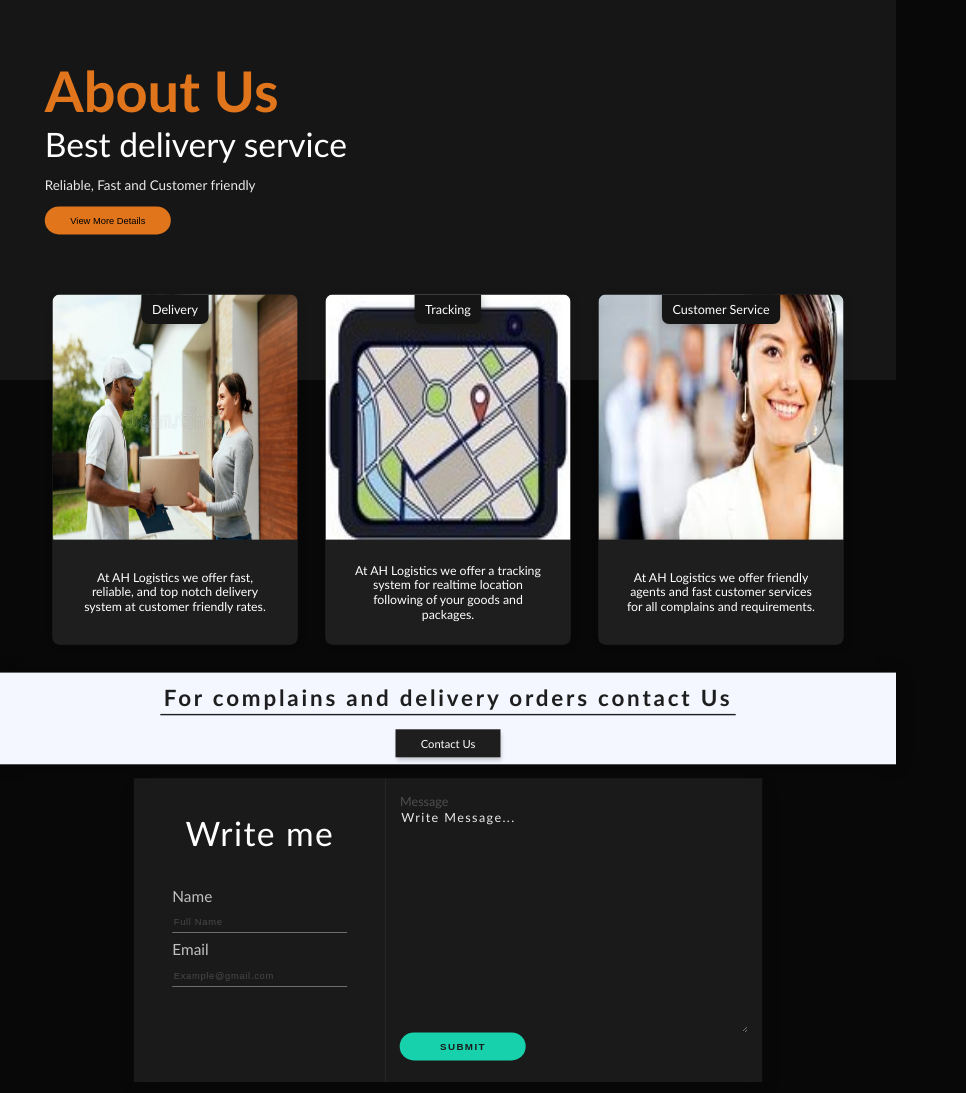
Repository: TheSecretlifeOfX/Ah-Logistics
Page: index.html
These files come from the project's save history. The page is drawn as it stood at one moment and after the next save; the edit follows.
The browser window is 1280 px wide. The page is 1380 px wide, so the pictures cover 1380 px, including what lies to the right of the window. The pictures show the part of the page from y = 957 to 2717 px (the page is 2519 px tall before and 2717 px after), at 70% of full size.

Above is the page before, as saved 2022-03-02 13:31:51.

After the next save:
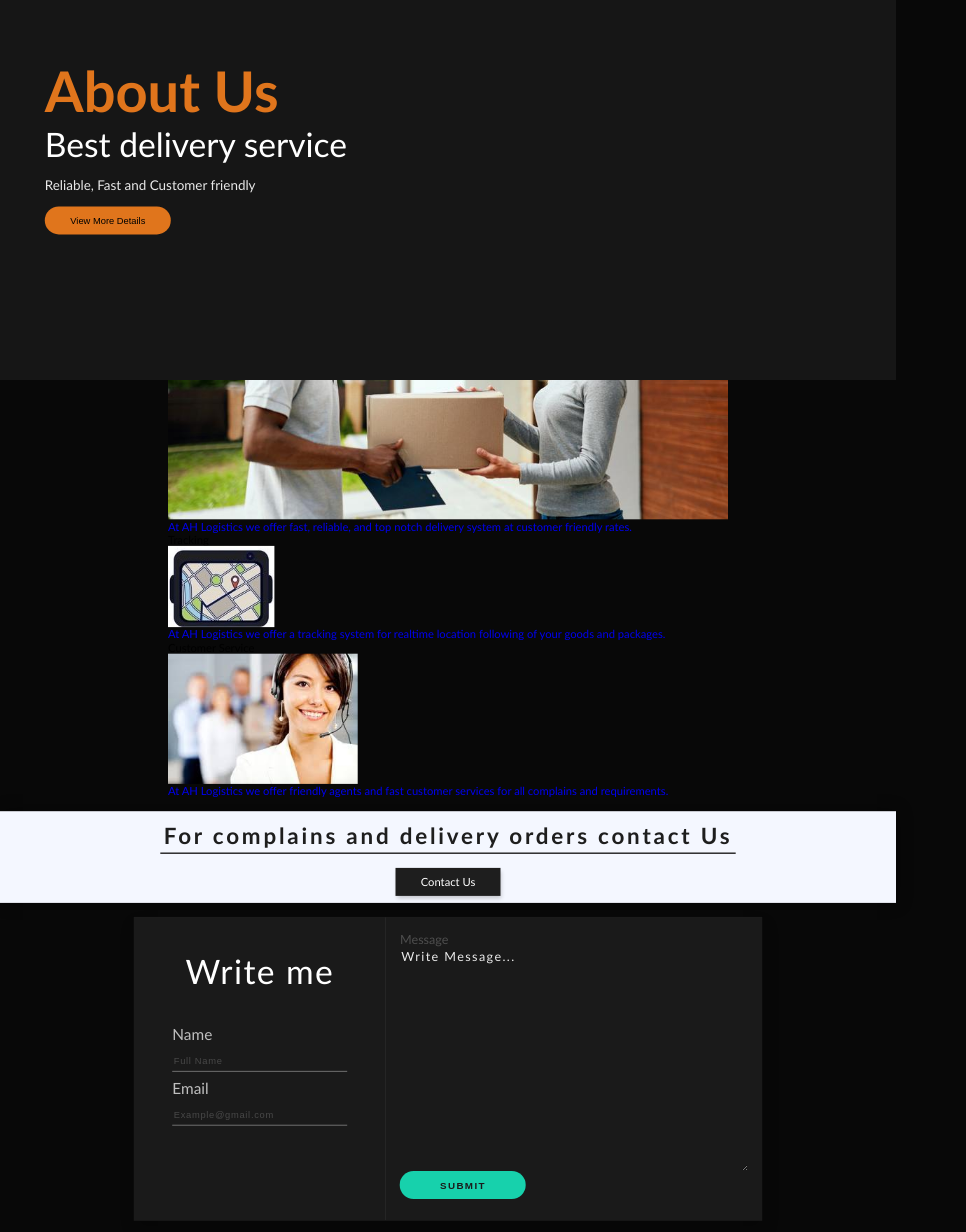
Saved 59 s later.
--- a/css/home.css
+++ b/css/home.css
@@ -162,7 +162,7 @@
 	color:rgba(255,255,255,0.90);
 }
 
-#portfolio{
+/*#portfolio{
 	width:100%;
 	box-sizing: border-box;
 	font-family: calibri;
@@ -281,7 +281,7 @@
 .s-box:hover{
 transform:translateY(-10px);
 transition: all ease 0.3s;
-}
+}*/
 #contact-btn{
 	width: 100%;
 	display: flex;

After the save that followed:
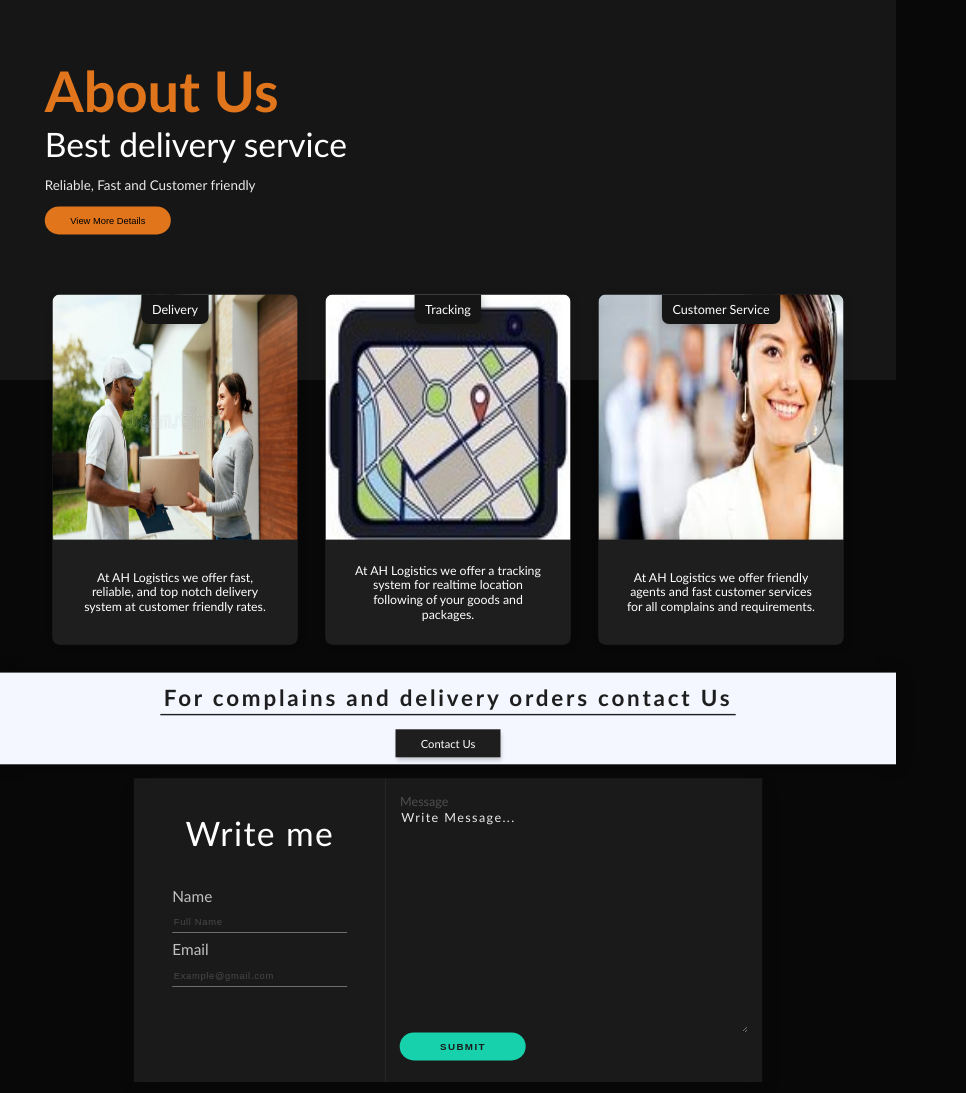
Saved 35 s later.
--- a/css/home.css
+++ b/css/home.css
@@ -162,7 +162,7 @@
 	color:rgba(255,255,255,0.90);
 }
 
-/*#portfolio{
+#portfolio{
 	width:100%;
 	box-sizing: border-box;
 	font-family: calibri;
@@ -281,7 +281,7 @@
 .s-box:hover{
 transform:translateY(-10px);
 transition: all ease 0.3s;
-}*/
+}
 #contact-btn{
 	width: 100%;
 	display: flex;
